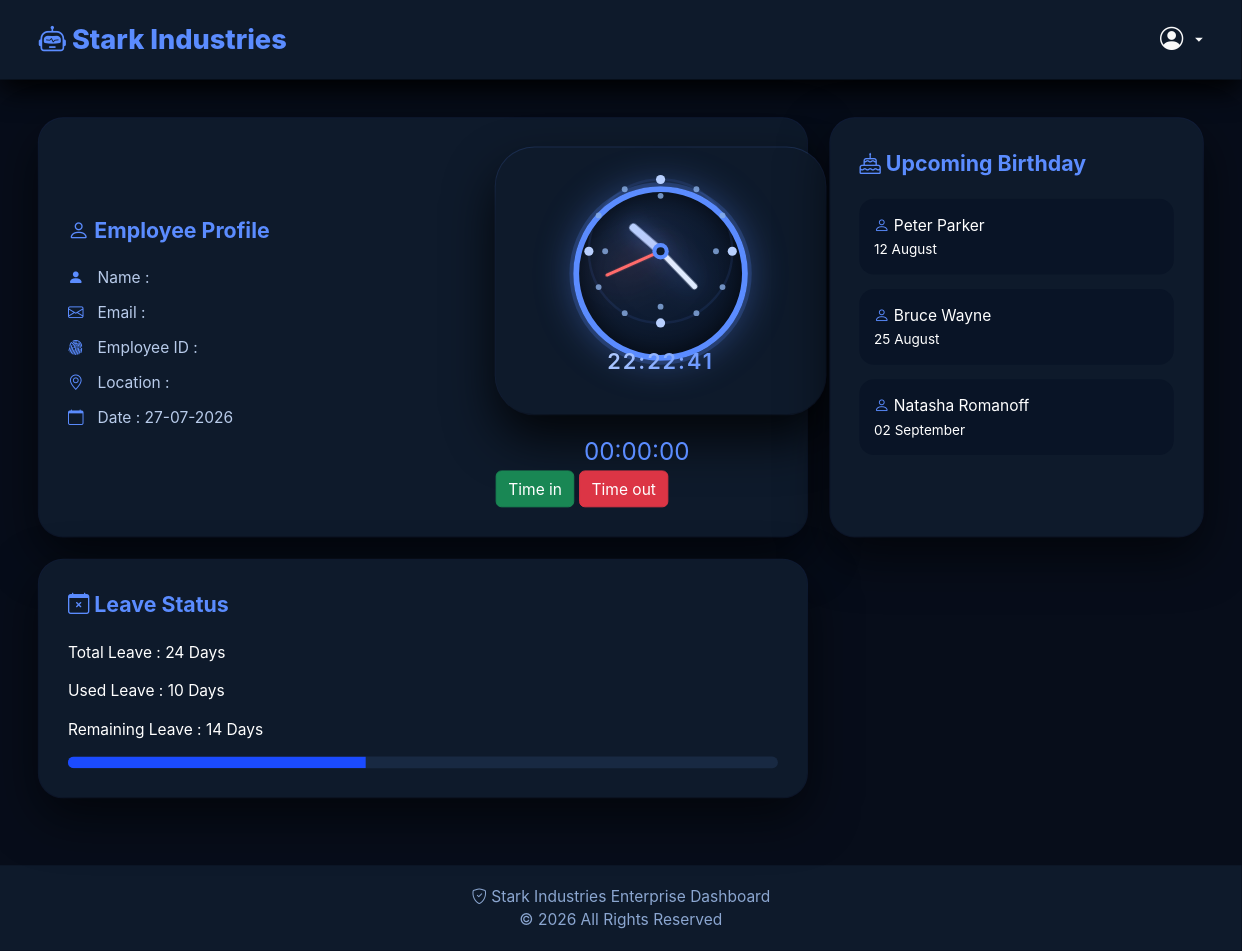
Repository: abhinav050799/office-management-
Page: resources/views/dashboard.blade.php
These files come from the project's save history. The page is drawn as it stood at one moment and after the next save; the edit follows.
The browser window is 1280 px wide. The pictures show the whole page, at 97% of full size.
The page is served by the project's Laravel application, run on PHP 8.4 with Laravel 12. The template is opened directly, without the code that normally fills it, so the values that code supplies are empty.

Above is the page before, as saved 2026-07-27 17:14:30.

After the next save:
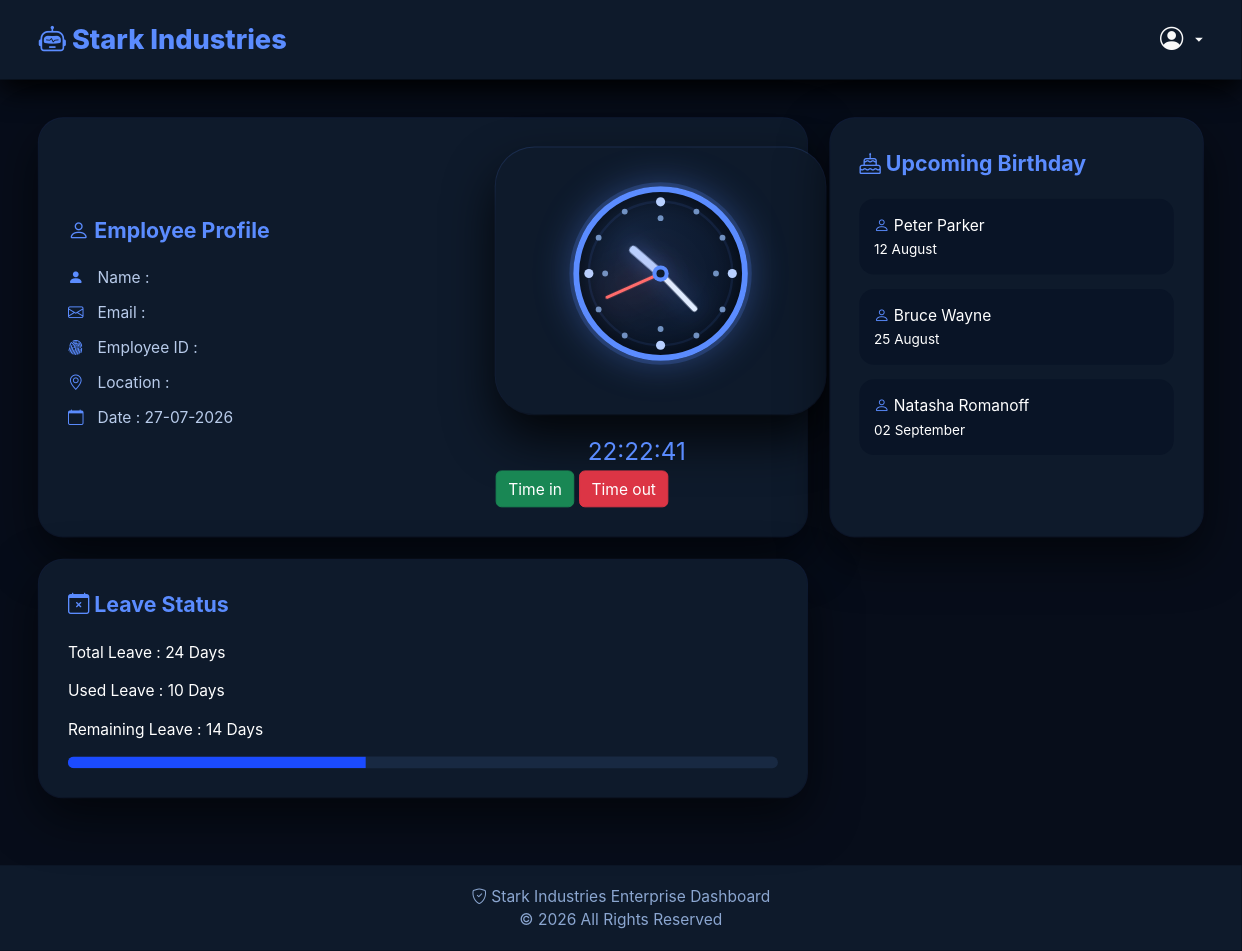
Saved 46 min 1 s later.
--- a/resources/views/dashboard.blade.php
+++ b/resources/views/dashboard.blade.php
@@ -132,11 +132,11 @@
         </svg>
 
         <!-- DIGITAL TIME in 24-hour format -->
-        <div class="time" id="clock" style="margin-top: 12px; font-size: 1.4rem; font-weight: 600; letter-spacing: 2px;
+        <!-- <div class="time" id="clock" style="margin-top: 12px; font-size: 1.4rem; font-weight: 600; letter-spacing: 2px;
              background: linear-gradient(135deg, #b8d0ff, #5b8cff); -webkit-background-clip: text;
              -webkit-text-fill-color: transparent; background-clip: text;">
             00:00:00
-        </div>
+        </div> -->
     </div>
 </div>
   </div>

After the save that followed:
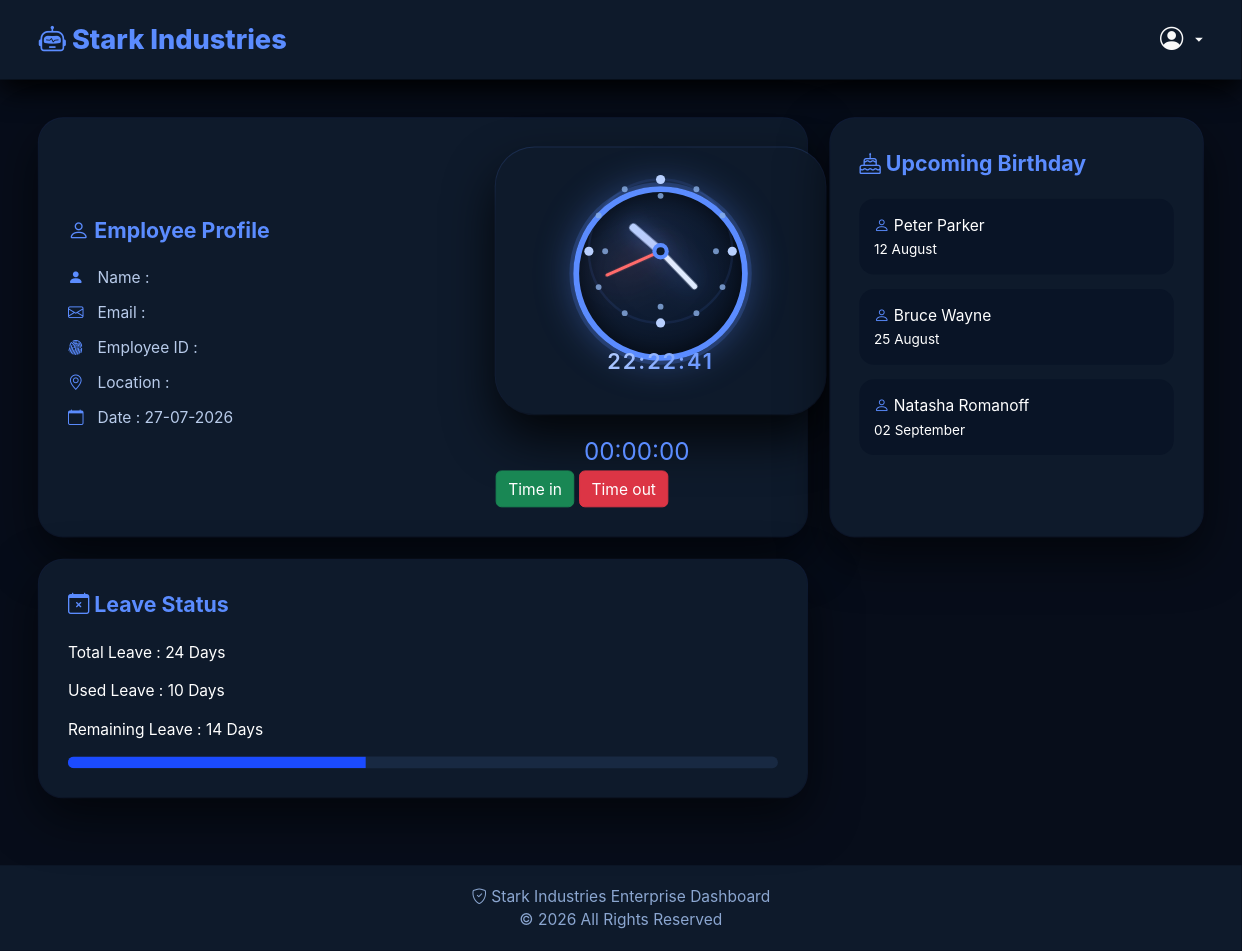
Saved 33 s later.
--- a/resources/views/dashboard.blade.php
+++ b/resources/views/dashboard.blade.php
@@ -132,11 +132,11 @@
         </svg>
 
         <!-- DIGITAL TIME in 24-hour format -->
-        <!-- <div class="time" id="clock" style="margin-top: 12px; font-size: 1.4rem; font-weight: 600; letter-spacing: 2px;
+        <div class="time" id="clock" style="margin-top: 12px; font-size: 1.4rem; font-weight: 600; letter-spacing: 2px;
              background: linear-gradient(135deg, #b8d0ff, #5b8cff); -webkit-background-clip: text;
              -webkit-text-fill-color: transparent; background-clip: text;">
             00:00:00
-        </div> -->
+        </div>
     </div>
 </div>
   </div>
